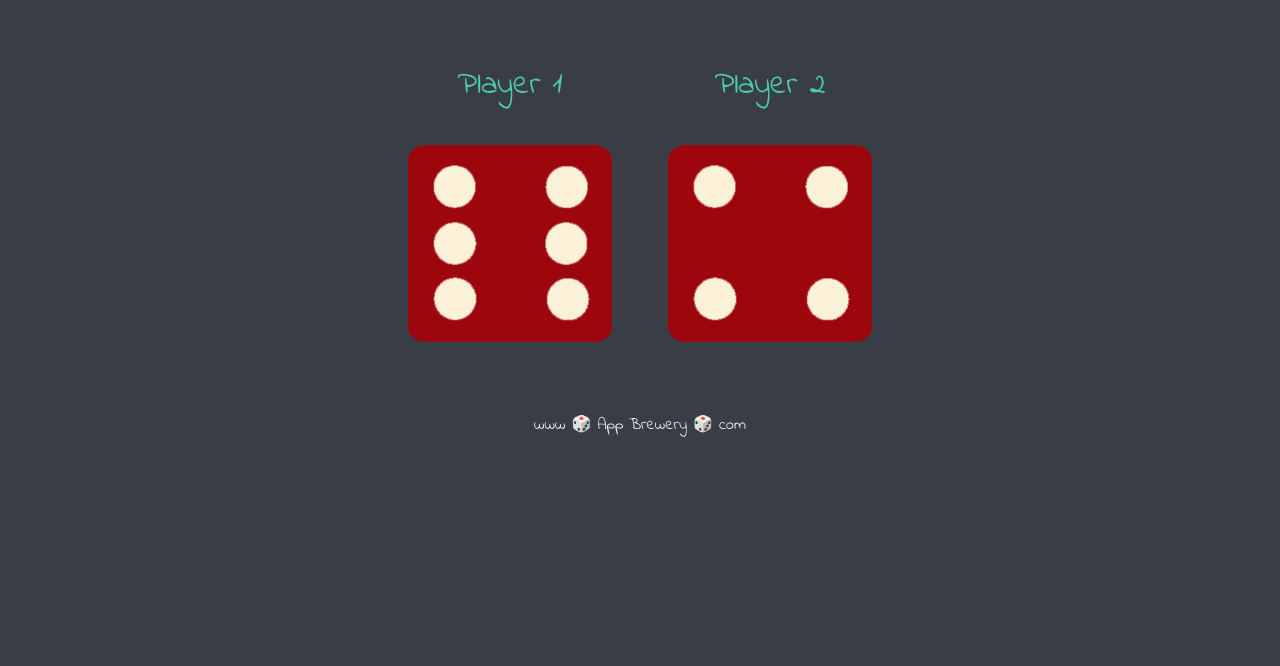
Repository: joseph27choi/Simple-Dice-Game
Page: dicee.html
The author's editor kept a copy of each file at every save. The page is drawn from the files as they stood at one save, then again after a run of saves.
The browser window is 1280 px wide. The pictures show the whole page.

Above is the page before, as saved 2023-02-23 12:31:20.

After the next 3 saves:
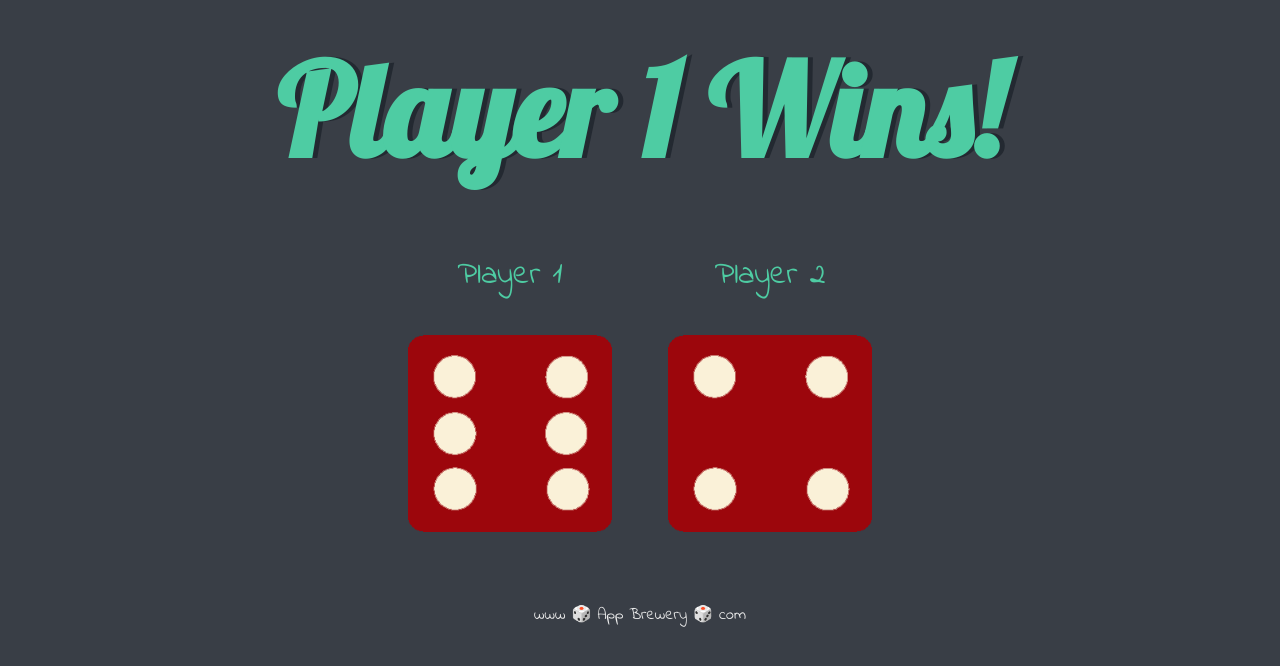
The 3 saves are shown as one change because they came seconds apart.
The last was saved 11 s later.
--- a/index.js
+++ b/index.js
@@ -12,5 +12,5 @@ document.getElementsByClassName("img2")[0].setAttribute("src", "images/dice" + r
 
 if (randomNumber1 > randomNumber2)
 {
-    document.querySelector("h1").innerHTML = ""
+    document.querySelector("h1").innerHTML = "Player 1 Wins!"
 }
